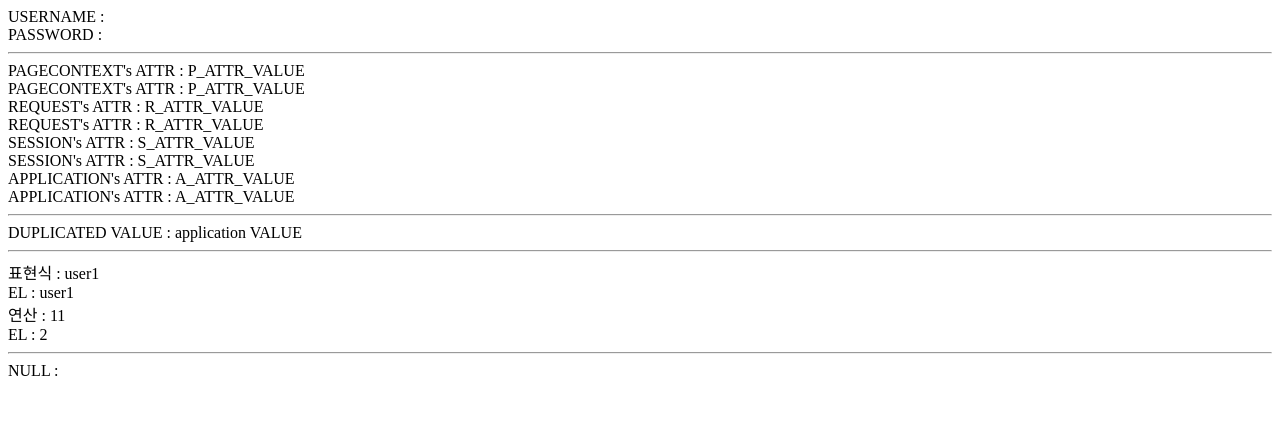
Repository: Leehj9094/JAVA_BOOK-
Page: http://localhost/01JSP/C08/01EL/result.jsp
An editor plug-in stored every save of this project. The page is shown before and after the next save, followed by the edit.
The browser window is 1280 px wide. The pictures show the whole page.
The page is served by Tomcat 9.

Above is the page before, as saved 2025-04-04 02:47:04.

After the next save:
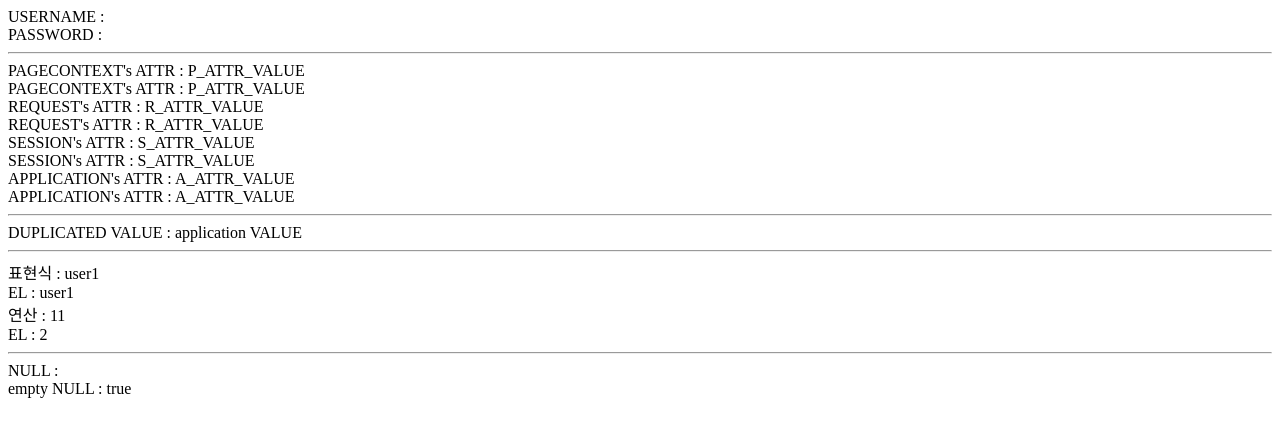
Saved 26 s later.
--- a/JSP/01JSP/src/main/webapp/C08/01EL/result.jsp
+++ b/JSP/01JSP/src/main/webapp/C08/01EL/result.jsp
@@ -72,6 +72,7 @@ EL : ${1+"1"} <br/>
 
 <!-- NULL CHECK -->
 NULL : ${null}<br/>
+empty NULL : ${empty null}<br/>
 
 </body>
 </html>
